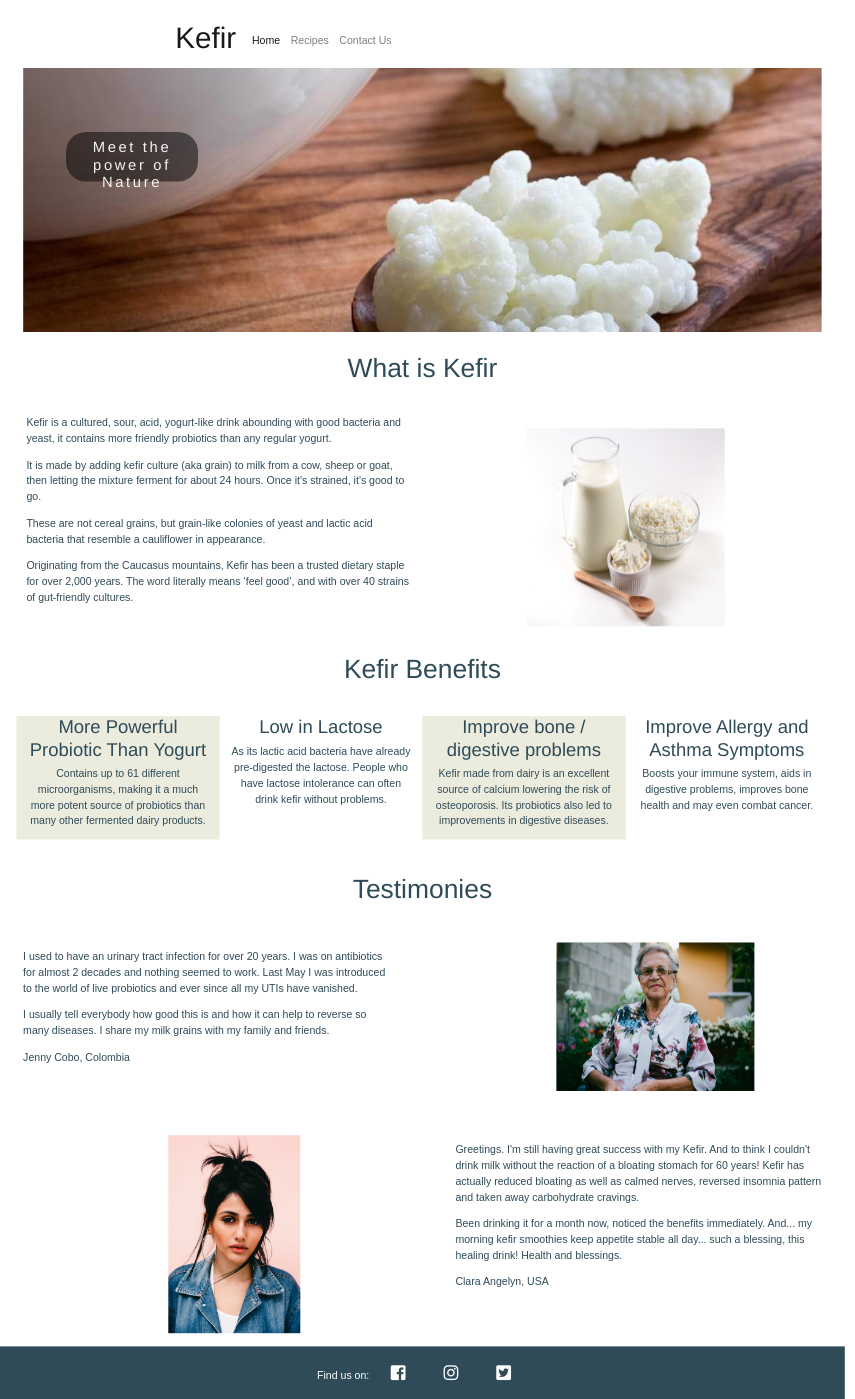
Repository: Code-Institute-Submissions/andna5980-kefir-repo_JuneResub
Page: index.html
The author's editor kept a copy of each file at every save. The page is drawn from the files as they stood at one save, then again after the next save.
The browser window is 1280 px wide. The page is 1295 px wide, so the pictures cover 1295 px, including what lies to the right of the window. The pictures show the whole page, at 66% of full size.
Some web fonts or font styles are not loaded; a fallback is used. Some web libraries are served in a nearby version.

Above is the page before, as saved 2021-03-02 20:55:28.

After the next save:
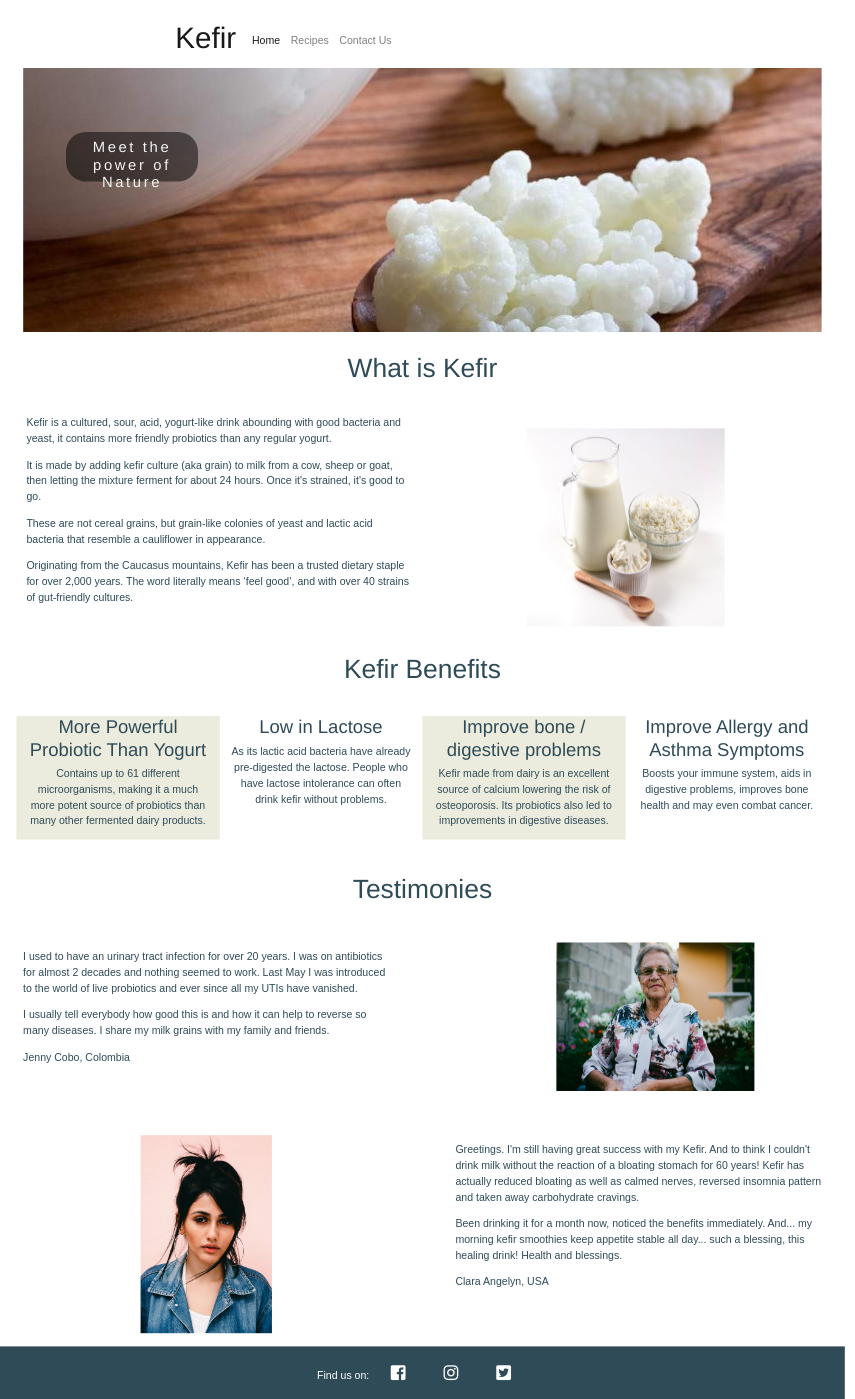
Saved 4 min 5 s later.
--- a/assets/styles/style.css
+++ b/assets/styles/style.css
@@ -169,7 +169,7 @@ h1, h2, h3 {
 
 .testimony-image2 {
     padding-top: 40px;
-    padding-left: 100px;
+    /* padding-left: 100px;  */
     display: flex;
    justify-content: center;
  }
